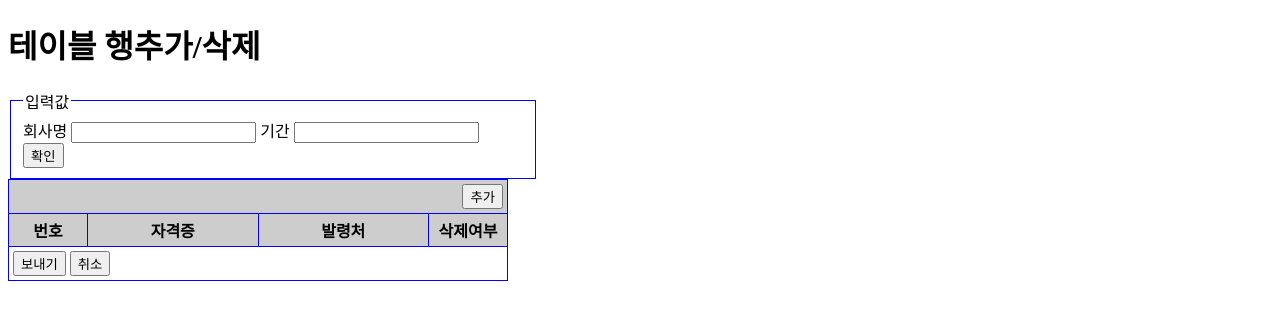
Repository: CHOKIHO/html
Page: work/0110/WebContent/work01.html
The author's editor kept a copy of each file at every save. The page is drawn from the files as they stood at one save, then again after the next save.
The browser window is 1280 px wide. The pictures show the whole page.

Above is the page before, as saved 2017-01-10 08:37:30.

After the next save:
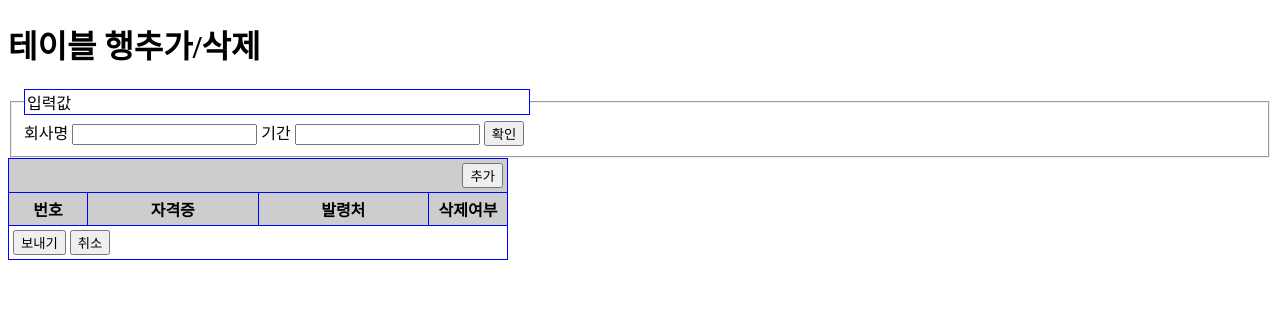
Saved 36 s later.
--- a/work/0110/WebContent/work01.html
+++ b/work/0110/WebContent/work01.html
@@ -6,7 +6,7 @@
 
 <style type="text/css">
 
-	body form fieldset {
+	body form fieldset legend {
 		width:500px;
 		border: 1px solid blue;
 		border-collapse: collapse;

After the save that followed:
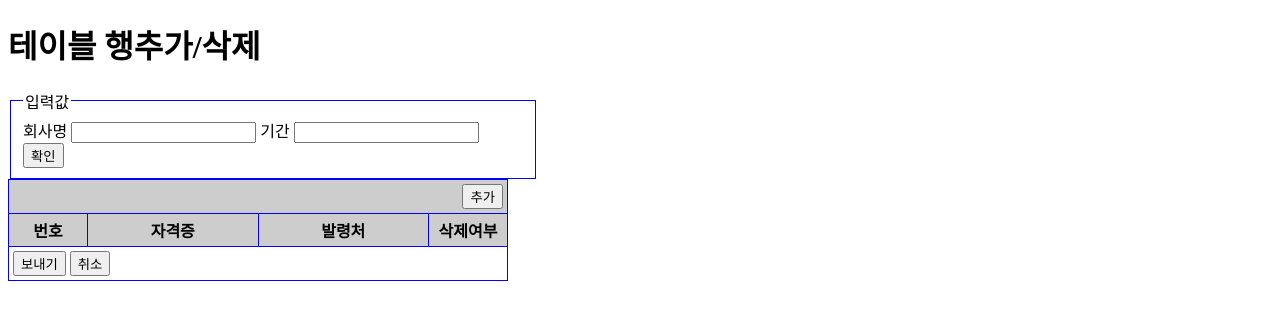
Saved 9 s later.
--- a/work/0110/WebContent/work01.html
+++ b/work/0110/WebContent/work01.html
@@ -6,7 +6,7 @@
 
 <style type="text/css">
 
-	body form fieldset legend {
+	body form fieldset {
 		width:500px;
 		border: 1px solid blue;
 		border-collapse: collapse;
